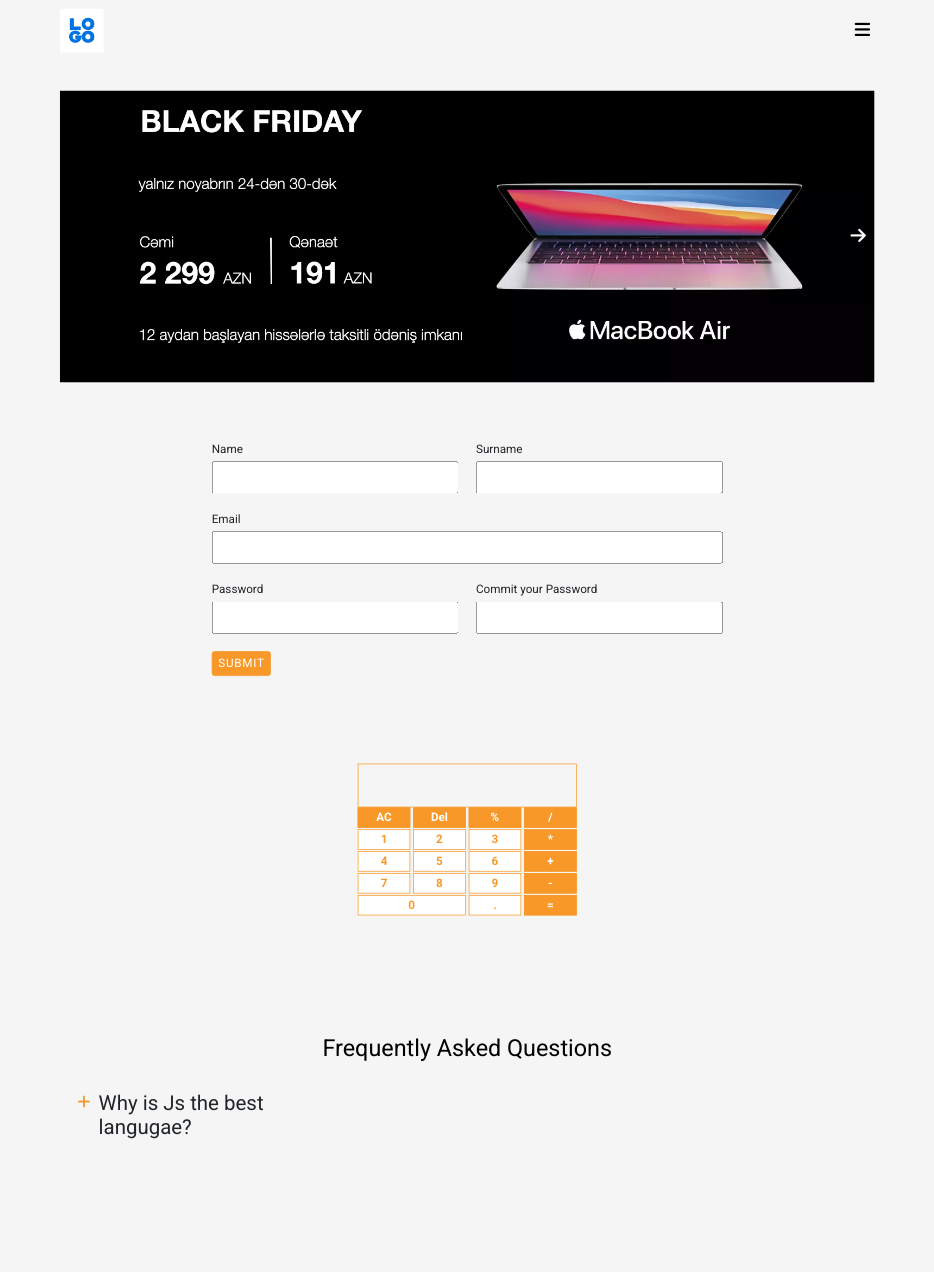
Repository: RamalYusifov7/Custom-components--Core-JavaScript
Page: index.html
An editor plug-in stored every save of this project. The page is shown before and after a run of saves, followed by the edit.
The browser window is 1280 px wide. The pictures show the whole page, at 73% of full size.

Above is the page before, as saved 2023-01-09 12:09:31.

### index.html
<!DOCTYPE html>
<html lang="en">

<head>
  <meta charset="UTF-8" />
  <meta http-equiv="X-UA-Compatible" content="IE=edge" />
  <meta name="viewport" content="width=device-width, initial-scale=1.0" />
  <title>Document</title>
  <link rel="stylesheet" href="https://cdnjs.cloudflare.com/ajax/libs/font-awesome/6.2.1/css/all.min.css"
    integrity="sha512-MV7K8+y+gLIBoVD59lQIYicR65iaqukzvf/nwasF0nqhPay5w/9lJmVM2hMDcnK1OnMGCdVK+iQrJ7lzPJQd1w=="
    crossorigin="anonymous" referrerpolicy="no-referrer" />
  <link href="https://cdn.jsdelivr.net/npm/bootstrap@5.2.2/dist/css/bootstrap.min.css" rel="stylesheet"
    integrity="sha384-Zenh87qX5JnK2Jl0vWa8Ck2rdkQ2Bzep5IDxbcnCeuOxjzrPF/et3URy9Bv1WTRi" crossorigin="anonymous">
</head>
<link rel="stylesheet" href="css/style.css" />
<link rel="stylesheet" href="css/responsive.css" />
</head>

<body>
  <!-- preloader -->
  <div class="preloader">
    <img src="img/Bounce-Bar-Preloader-1.gif" alt="" width="100%">
  </div>
  <!-- Custom Mneu -->
  <header class="main-header">
    <div class="container">
      <div class="logo">
        <a href="#">
          <img src="img/logo-social.png" alt="" />
        </a>
      </div>
      <nav class="navbar">
        <button type="button" class="button-unstyled" id="menu-btn">
          <span class="menu-icon">
            <i class="fa-solid fa-bars"></i>
          </span>
        </button>
        <div class="sidebar-wrapper">
          <div class="sidebar">
            <div class="sidebar-header">
              <h3 class="sidebar-title">Menu</h3>
              <button type="button" class="close-btn button-unstyled" id="sidebar-close-btn">
                <span class="close-icon">
                  <i class="fa-solid fa-xmark"></i>
                </span>
              </button>
            </div>
            <ul class="sidebar-list">
              <li><a href="#">Home</a></li>
              <li><a href="#">Services</a></li>
              <li><a href="#">Blog</a></li>
              <li><a href="#">Conact</a></li>
            </ul>
          </div>
        </div>
      </nav>
    </div>
  </header>
  <!-- Custom Slider -->
  <section class="page-banner">
    <div class="container">
      <div class="banner-container position-relative">
        <div class="banner-img">
          <a href=""><img src="img/adver-1.png" alt=""></a>
        </div>
        <div class="banner-img">
          <a href=""><img src="img/adver-2.png" alt=""></a>
        </div>
        <div class="banner-img">
          <a href=""><img src="img/adver-2.png" alt=""></a>
        </div>
        <div class="banner-img">
          <a href=""><img src="img/adver-3.png" alt=""></a>
        </div>
        <div class="banner-slider-btns ">
          <button type="button" class="button-unstyled prev-btn" id="banner-prev-btn">
            <span class="prev-icon">
              <i class="fa-solid fa-arrow-left"></i>
            </span>
          </button>
          <button type="button" class="button-unstyled next-btn" id="banner-next-btn">
            <span class="next-icon">
              <i class="fa-solid fa-arrow-right"></i>
            </span>
          </button>
        </div>
      </div>
    </div>
  </section>
  <!-- Custom validation -->
  <section class="validation-section">
    <div class="validation-container">
      <form action="" name="contactForm">
        <div class="row">
          <div class="col-6">
            <div class="contact-form-item">
              <label for="name">Name</label>
              <input type="text" name="name" id="name" class="simple-input">
              <div class="error-message">
                Error, fill the input
              </div>
              <div class="success-message">
                Correct !
              </div>
            </div>
          </div>
          <div class="col-6">
            <div class="contact-form-item">
              <label for="surname">Surname</label>
              <input type="text" name="surname" id="surname" class="simple-input">
              <div class="error-message">
                Error, fill the input
              </div>
              <div class="success-message">
                Correct !
              </div>
            </div>
          </div>
          <div class="col-12">
            <div class="contact-form-item">
              <label for="email">Email</label>
              <input type="text" name="email" id="email">
              <div class="error-message">
                Enter a valid email
              </div>
              <div class="success-message">
                Correct !
              </div>
            </div>
          </div>
          <div class="col-6">
            <div class="contact-form-item">
              <label for="password">Password</label>
              <input type="password" name="password" id="password">
              <div class="password-error-message">
                Password must contain at least 8 characters
              </div>
              <div class="success-message">
                Correct !
              </div>
            </div>
          </div>
          <div class="col-6">
            <div class="contact-form-item">
              <label for="commit-password">Commit your Password</label>
              <input type="password" name="commitPassword" id="commit-password">
              <div class="commit-password-error-message">
                Password doesn"t match
              </div>
              <div class="success-message">
                Correct !
              </div>
            </div>
          </div>
        </div>
        <button type="submit" class="submit-btn">Submit</button>
      </form>
    </div>
  </section>
  <!-- Calculator -->
  <section class="calculator-section">
    <div class="container">
      <div class="calculator-container">
        <div class="calculation-result">

        </div>
        <div class="calculation-btns">
          <div class="row">
            <div class="col-3">
              <button type="button" class="operation-btn" id="calc-delete-all-btn"">AC</button>
            </div>
            <div class=" col-3">
                <button type="button " class="operation-btn" id="calc-delete-btn">Del</button>
            </div>
            <div class="col-3">
              <button type="button" id="findPercentage">%</button>
            </div>
            <div class="col-3">
              <button type="button">/</button>
            </div>
            <div class="col-3">
              <button type="button" class="number-btn">1</button>
            </div>
            <div class="col-3">
              <button type="button" class="number-btn">2 </button>
            </div>
            <div class="col-3">
              <button type="button" class="number-btn">3</button>
            </div>
            <div class="col-3">
              <button type="button" >*</button>
            </div>
            <div class="col-3">
              <button type="button"  class="number-btn">4</button>
            </div>
            <div class="col-3">
              <button type="button" class="number-btn">5</button>
            </div>
            <div class="col-3">
              <button type="button" class="number-btn">6</button>
            </div>
            <div class="col-3">
              <button type="button ">+</button>
            </div>
            <div class="col-3">
              <button type="button" class="number-btn">7</button>
            </div>
            <div class="col-3">
              <button type="button" class="number-btn">8</button>
            </div>
            <div class="col-3">
              <button type="button" class="number-btn">9</button>
            </div>
            <div class="col-3">
              <button type="button">-</button>
            </div>
            <div class="col-6">
              <button type="button" class="number-btn">0</button>
            </div>
            <div class="col-3">
              <button type="button" class="number-btn">.</button>
            </div>
            <div class="col-3">
              <button type="button" id="equal-btn" class="equality-btn">=</button>
            </div>
          </div>
        </div>
      </div>
    </div>
  </section>
  <!-- Accordion -->
  <section class="faq-section">
    <h2 class="section-title">
      Frequently Asked Questions
    </h2>
    <div class="container">
      <div class="row">
        <div class="single-accordion">
          <div class="accordion">
            <div class="accordion-left">
              <button class="accordion-btn" >
                 <span class="plus-icon"><i class="fa-solid fa-plus"></i></span>
                 <span class="minus-icon"><i class="fa-solid fa-minus"></i></span>
              </button>
            </div>
            <div class="accordion-right">
              <h3 class="accordion-header">Why is Js the best langugae?</h3>
              <div class="accordion-content">
                Lorem ipsum dolor sit amet consectetur adipisicing elit. Nulla, ad
                nesciunt? Cumque odio quas eos quibusdam, ipsam at temporibus
                molestiae deleniti id esse. Illo doloribus quis accusantium sit
                recusandae animi.
              </div>
            </div>
          </div>
        </div>
      </div>
    </div>
  </section>
  <script src="js/script.js"></script>
</body>

</html>

### css/style.css
@import url("https://fonts.googleapis.com/css2?family=Roboto:wght@400;700&display=swap");
* {
  font-family: "Roboto", sans-serif;
  box-sizing: border-box;
}
:root {
  --primary: #f89828;
  --transition: 0.4s ease all;
}
body {
  margin: 0;
  background-color: #f5f5f5;
}
/* Preloader                 */
.preloader {
  position: fixed;
  top: 0;
  bottom: 0;
  left: 0;
  right: 0;
  display: flex;
  align-items: center;
  justify-content: center;
  visibility: visible;
  z-index: 9999999;
}
.preloader.hide {
  visibility: hidden;
  z-index: -999999;
}
/*         MENU                   */
.logo {
  width: 60px;
  height: 60px;
}
.logo img {
  width: 100%;
  height: 100%;
  object-fit: cover;
}
.main-header {
  padding: 12px 0;
}
.main-header > .container {
  display: flex;
  align-items: center;
  justify-content: space-between;
}
.sidebar {
  position: fixed;
  left: 0;
  top: 0;
  bottom: 0;
  width: 300px;
  height: 100%;
  background-color: #1e212c;
  padding: 23px 16px;
  transform: translateX(-100%);
  z-index: 9999;
  transition: var(--transition);
}
.sidebar.show {
  transform: translateX(0);
}
.sidebar-list {
  margin: 0;
  padding: 0;
  list-style-type: none;
}
.sidebar-list li a {
  color: white;
  text-decoration: none;
  font-size: 20px;
  transition: var(--transition);
}
.sidebar-list li {
  margin-bottom: 12px;
}
.sidebar-list li a:hover {
  color: var(--primary);
}
.sidebar-title {
  color: white;
  font-size: 32px;
  margin: 0;
}
.button-unstyled {
  background-color: transparent;
  border: none;
}
.close-icon i {
  color: white;
  font-size: 24px;
}
.menu-icon i {
  font-size: 24px;
}
.sidebar-header {
  display: flex;
  align-items: center;
  justify-content: space-between;
  margin-bottom: 32px;
}
.sidebar-wrapper.active {
  width: 100%;
  height: 100%;
  background: rgba(0, 0, 0, 0.525);
  position: fixed;
  top: 0;
  left: 0;
  z-index: 99999;
}
/* Home banner */
.page-banner {
  padding-top: 40px;
  padding-bottom: 80px;
}
.banner-img {
  height: 400px;
  overflow: hidden;
}
.banner-img img {
  width: 100%;
  height: 100%;
  object-fit: cover;
  object-position: center;
}
.banner-slider-btns button {
  color: white;
  display: flex;
  align-items: center;
  height: 100%;
  position: absolute;
  top: 0;
  font-size: 24px;
}
.banner-slider-btns .prev-btn {
  display: none;
  left: 6px;
}
.banner-slider-btns .next-btn {
  right: 6px;
}
.banner-container {
  min-height: 400px;
  overflow: hidden;
}
.banner-img {
  position: absolute;
  width: 100%;
  transition: 0.5s ease-in-out all;
}

/*                          validation                       */

.validation-container {
  max-width: 700px;
  margin: auto;
}
.contact-form-item input {
  width: 100%;
  height: 44px;
  outline: none;
  padding-left: 8px;
  margin-top: 4px;
}
.contact-form-item {
  margin-bottom: 24px;
}
.error-message,
.password-error-message,
.commit-password-error-message {
  font-size: 12px;
  color: red;
  margin-top: 4px;
  display: none;
}
.success-message {
  font-size: 12px;
  color: green;
  margin-top: 4px;
  display: none;
}
.contact-form-item.error .error-message {
  display: block;
}
.contact-form-item.success .success-message {
  display: block;
}
.submit-btn {
  background-color: var(--primary);
  color: white;
  border-radius: 4px;
  border: 1px solid var(--primary);
  min-width: 80px;
  padding: 4px 8px;
  text-transform: uppercase;
  letter-spacing: 1px;
  transition: var(--transition);
}
.submit-btn:hover {
  background-color: white;
  color: var(--primary);
}
/* Calculator */
.calculator-section {
  padding-top: 120px;
  padding-bottom: 80px;
}
.calculator-container {
  max-width: 300px;
  margin: auto;
}
.calculation-btns button {
  border: 1px solid var(--primary);
  width: 100%;
  margin-bottom: 2px;
  background-color: white;
  color: var(--primary);
  font-weight: 700;
  transition: var(--transition);
}
.calculation-btns button:not(.number-btn) {
  background-color: var(--primary);
  color: white;
}

.calculation-btns button:hover {
  background-color: white;
  color: var(--primary);
}
.calculation-btns .row > * {
  padding: 0 2px;
}
.calculation-btns .row {
  margin-left: -2px;
  margin-right: -2px;
}
.calculation-result {
  border: 1px solid var(--primary);
  height: 60px;
  padding: 4px 6px;
  display: flex;
  align-items: flex-end;
  justify-content: flex-end;
  color: var(--primary);
  font-size: 24px;
  font-weight: 600;
}

/* Accordion */
.faq-section {
  padding: 80px 0 180px;
}
.single-accordion {
  width: calc(100% / 3);
  padding: 0 15px;
}
.accordion {
  display: flex;
}
.accordion-left {
  width: 10%;
  padding: 0 15px;
}
.accordion-right {
  width: 90%;
  padding: 0 15px;
}
h3 {
  margin: 0;
}
.accordion-content {
  display: none;
}
.collapsed .accordion-content {
  display: block;
}
.minus-icon {
  display: none;
}
.collapsed .plus-icon {
  display: none;
}
.collapsed .minus-icon {
  display: block;
}
.accordion-btn {
  background: transparent;
  border: none;
  color: var(--primary);
  font-size: 20px;
}
.section-title {
  text-align: center;
  margin-bottom: 40px;
  color: black;
}

### css/responsive.css
@media (min-width: 1499px) {
  .prev-btn {
    left: 30px;
  }
  .next-btn {
    right: 30px;
  }
}

### js/script.js
// preloader
const preloader = document.querySelector(".preloader");
window.onload = function () {
  preloader.classList.add("hide");
};

// Menu      //////////
let menuBtn = document.getElementById("menu-btn");
let sidebarCloseBtn = document.getElementById("sidebar-close-btn");
let sideBar = document.querySelector(".sidebar");
let sidebarWrapper = document.querySelector(".sidebar-wrapper");
menuBtn.onclick = function () {
  sideBar.classList.add("show");
  sidebarWrapper.classList.add("active");
};
function hideSidebar() {
  sideBar.classList.remove("show");
  sidebarWrapper.classList.remove("active");
}
sidebarCloseBtn.onclick = function (e) {
  hideSidebar();
};
sidebarWrapper.onclick = function () {
  hideSidebar();
};
sideBar.onclick = function (e) {
  e.stopPropagation();
};

// Slider         //////////
const bannerImgs = document.querySelectorAll(".banner-img");
const bannerPrevBtn = document.getElementById("banner-prev-btn");
const bannerNextBtn = document.getElementById("banner-next-btn");
bannerImgs.forEach((item, index) => {
  item.style.left = `${index * 100}%`;
});
let slideCounter = 0;
function slideNext() {
  slideCounter++;
  slideMove();
}
bannerNextBtn.onclick = function () {
  slideNext();
};
bannerPrevBtn.onclick = function () {
  slideCounter--;
  slideMove();
};
function slideMove() {
  if (slideCounter == bannerImgs.length) {
    slideCounter = 0;
  }
  if (slideCounter < 0) {
    slideCounter = bannerImgs.length - 1;
  }

  // hiding prevbtn
  if (slideCounter == 0) {
    bannerPrevBtn.style.display = "none";
  } else {
    bannerPrevBtn.style.display = "block";
  }
  //  hiding nextbtn
  if (slideCounter == bannerImgs.length - 1) {
    bannerNextBtn.style.display = "none";
  } else {
    bannerNextBtn.style.display = "block";
  }

  bannerImgs.forEach((bannerImg) => {
    bannerImg.style.transform = `translateX(-${slideCounter * 100}%)`;
  });
}
window.setInterval(slideNext, 10000);


// Validation              ///////////////
let contactForm = document.forms.contactForm;
let simpleInputs = document.querySelectorAll(
  ".contact-form-item input.simple-input"
);
let commitPassword = contactForm.commitPassword;
let password = contactForm.password;
let email = contactForm.email;
let passwordError = document.querySelector(".password-error-message");
let commitPasswordError = document.querySelector(
  ".commit-password-error-message"
);
function successFunc(element) {
  element.parentElement.classList.remove("error");
  element.parentElement.classList.add("success");
  element.style.border = "1px solid green";
}
function errorFunc(element) {
  element.parentElement.classList.remove("success");
  element.parentElement.classList.add("error");
  element.style.border = "1px solid red";
}
contactForm.onsubmit = function (e) {
  // for simple inputs :  name, surname etc
  for (let i = 0; i < simpleInputs.length; i++) {
    if (simpleInputs[i].value == "") {
      errorFunc(simpleInputs[i]);
    } else {
      successFunc(simpleInputs[i]);
    }
  }

  // checking if commit password"s value is eqaul to passoword"s value
  if (commitPassword.value !== password.value || commitPassword.value == "") {
    commitPasswordError.style.display = "block";
    errorFunc(commitPassword);
  } else {
    commitPasswordError.style.display = "none";
    successFunc(commitPassword);
  }

  // checking if password"s value contains at least 8 characters
  if (password.value.length < 8) {
    passwordError.style.display = "block";
    errorFunc(password);
  } else {
    passwordError.style.display = "none";
    successFunc(password);
  }

  // checking if the value is a valid email
  if (
    !email.value.match(
      /^(([^<>()[\]\\.,;:\s@"]+(\.[^<>()[\]\\.,;:\s@"]+)*)|(".+"))@((\[[0-9]{1,3}\.[0-9]{1,3}\.[0-9]{1,3}\.[0-9]{1,3}\])|(([a-zA-Z\-0-9]+\.)+[a-zA-Z]{2,}))$/
    )
  ) {
    errorFunc(email);
  } else successFunc(email);
  e.preventDefault();
};

// Calcualtor
let calcResult = document.querySelector(".calculation-result");
let calcBtns = document.querySelectorAll(
  ".calculation-btns button:not(.operation-btn"
);
let equalBtn = document.getElementById("equal-btn");
console.log(calcBtns);
let calcDeleteAllBtn = document.getElementById("calc-delete-all-btn");
let calcDeleteBtn = document.getElementById("calc-delete-btn");
calcBtns.forEach((btn) => {
  btn.onclick = function () {
    calcResult.innerText += this.innerText;
  };
});
equalBtn.onclick = function () {
  try {
    calcResult.innerText = eval(calcResult.innerText);
  } catch {
    calcResult.innerText = "";
  }
};
calcDeleteAllBtn.onclick = function () {
  calcResult.innerText = "";
};
calcDeleteBtn.onclick = function () {
  calcResult.innerText = calcResult.innerText.slice(0, -1);
};

// Accordion
const accordions = document.querySelectorAll(".accordion");
accordions.forEach((accordion) => {
  const accordionBtn = accordion.querySelector(".accordion-btn");
  accordionBtn.onclick = function () {
    accordions.forEach((item) => {
      if (item !== accordion) {
        item.classList.remove("collapsed");
      }
    });
    accordion.classList.toggle("collapsed");
  };
});

After the next 5 saves:
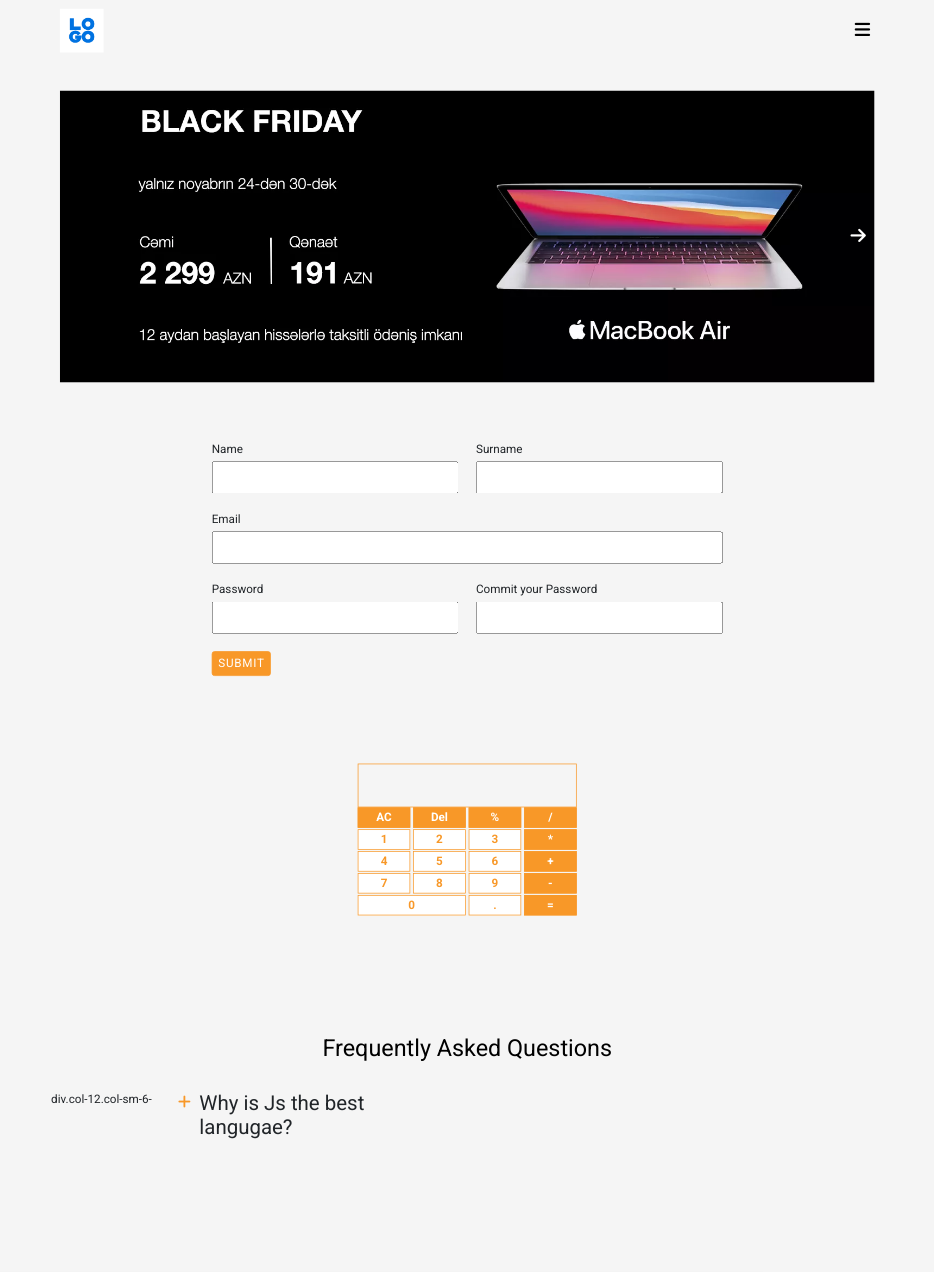
The 5 saves are shown as one change because they came seconds apart.
The last was saved 18 s later.
--- a/index.html
+++ b/index.html
@@ -235,6 +235,7 @@
     </h2>
     <div class="container">
       <div class="row">
+        div.col-12.col-sm-6-
         <div class="single-accordion">
           <div class="accordion">
             <div class="accordion-left">
